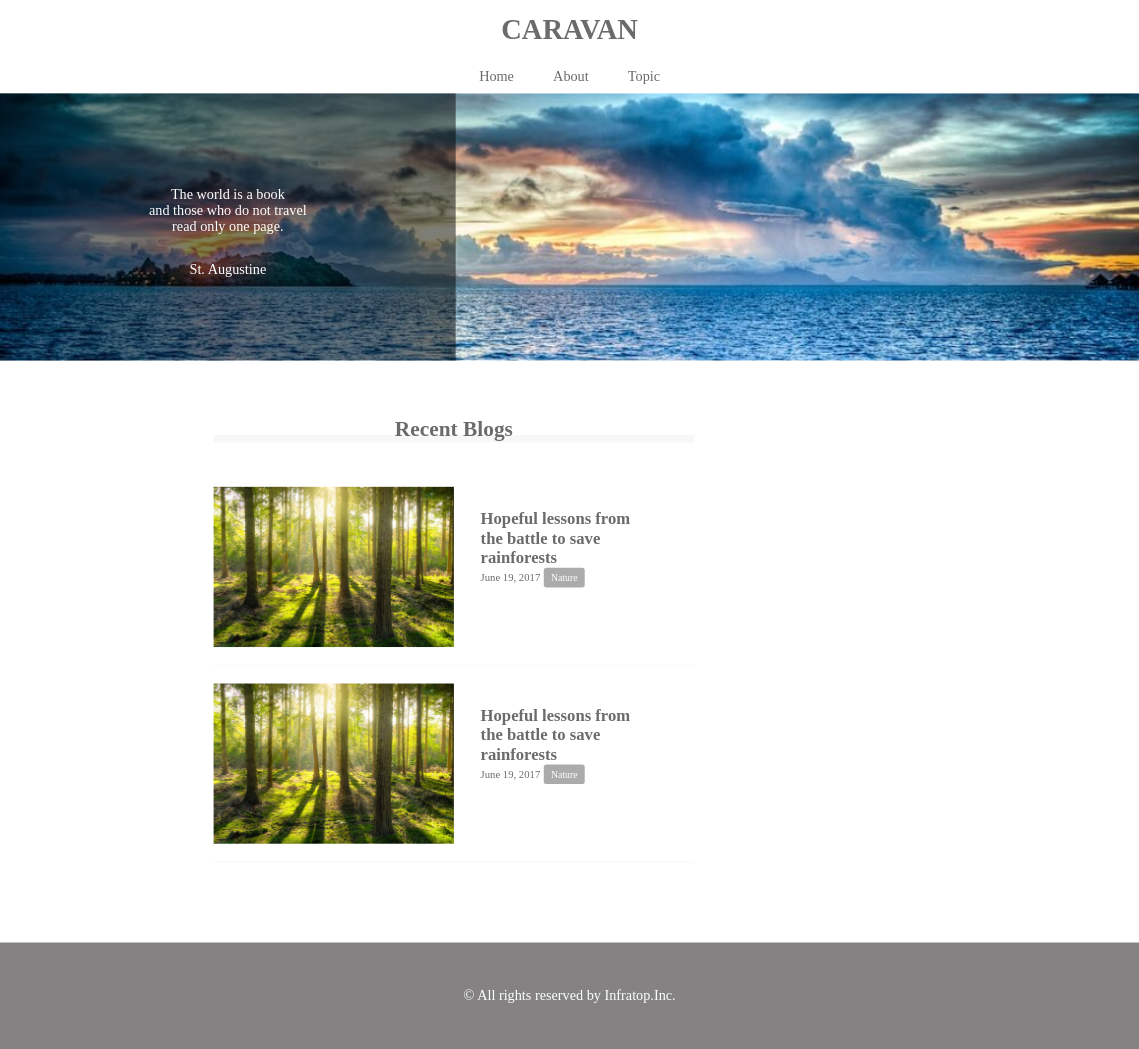
Repository: RAM-OK/git-practice
Page: caravan/index.html
The author's editor kept a record of every edit. The page is drawn from the files as they stood at one moment, then again after the next edit.
The browser window is 1280 px wide. The pictures show the whole page, at 89% of full size.

Above is the page before.

### caravan/index.html
<!DOCTYPE html>
<html lang="ja">
  <head>
    <meta charset="UTF-8" />
    <!-- CSSファイルの読み込み -->
    <link rel="stylesheet" href="style.css" />
    <title>CARAVAN</title>
  </head>

  <body>
    <!-- header -->
    <header>
      <h1 class="heading">
        <a href="index.html">
          CARAVAN
        </a>
      </h1>
    </header>

    <!-- navigation -->
    <nav>
      <ul class="nav-list">
        <li class="nav-list-item">
          <a href="index.html">Home</a>
        </li>
        <li class="nav-list-item">About</li>
        <li class="nav-list-item">Topic</li>
        </ul>
    </nav>

    <!-- main-visual用のdiv -->
    <div class="main-visual">
      <div class="main-visual-content">
    <p class="main-visual-text">
      The world is a book<br />
      and those who do not travel<br />
      read only one page.
    </p>
    <p class="main-visual-name">
      St. Augustine
    </p>
    　</div>
    </div>

    <!-- main用のdiv -->
    <main>
      <section class="blog">
        <h2 class="blog-heading">Recent Blogs</h2>
        <div class="blog-box">
        <div class="blog-item">
          <img class="blog-image" src="img/forest.jpg">
          <section class="blog-text">
            <h3 class="blog-text-heading">
              <a href="single.html">
                Hopeful lessons from<br />
                the battle to save<br />
                rainforests
              </a>
            </h3>
            <p class="blog-date">June 19, 2017</p>
            <span class="category">Nature</span>
          </section>
        </div>
        <div class="blog-item">
          <img class="blog-image" src="img/forest.jpg">
          <section class="blog-text">
            <h3 class="blog-text-heading">
              <a href="single.html">
                Hopeful lessons from<br />
                the battle to save<br />
                rainforests
              </a>
            </h3>
            <p class="blog-date">June 19, 2017</p>
            <span class="category">Nature</span>
          </section>
        </div>

        </div>
       </div>
      </section>
      <div class="sidebar"></div>
    </main>

    <!-- footer -->
    <footer>
      <p class="footer-text">︎© All rights reserved by Infratop.Inc. </p>
    </footer>
  </body>
</html>

### caravan/style.css
/* ブラウザがそれぞれ持っているCSSをリセットするための記述 */
* {
  margin: 0;
  padding: 0;
  box-sizing: border-box;
  color: #6c6b6b;
}

a {
  text-decoration: none;
}

header {
  width: 90%; /* 横幅90% */
  padding: 15px 0;
  margin: 0 auto;
  text-align: center;
}

header .heading { /* headerタグ内のheadingクラスにのみ反映される */
 font-size: 32px;
}

.nav-list {
  text-align: center;
  padding: 10px 0;
  margin: 0 auto;
}

.nav-list-item {
  list-style: none;
  display: inline-block;
  margin: 0 20px;
}

.main-visual {
  width: 100%; /* 横幅いっぱい */
  height: 300px; /* 高さ300px */
  background-image: url(img/mv.jpg);
  background-size: cover; /* 縦横比を維持したまま背景領域を埋め尽くす */
  background-position: center; /* 背景画像を中央に配置 */
}

.main-visual-content {
  width: 40%; /* 横幅40% */
  height: 300px; /* 親の高さに揃える */
  background-color: rgba(0,0,0,0.5); /* 背景色を半透明の黒にする */
  text-align: center; /* 文字を中央揃えにする */
  padding-top: 105px; /* 上側の内側余白で垂直方向の位置を調整 */
}

.main-visual-text {
  color: #fff; /* 文字色を白に変更 */
}

.main-visual-name {
  margin-top: 30px; /* 上側の外側の余白 */
  color: #fff; /* 文字色を白に変更 */
}

main {
 width: 800px; /* 横幅800px */
 display: flex; /* Flexboxの利用 */
 justify-content: center; /* 要素横並び・中央寄せ */
 margin: 0 auto; /* 要素の中央揃え */
 padding: 70px 0; /* 上下に70px、左右に0pxの余白 */
}

.blog {
  width: 540px;
  margin-right: 30px; /* 領域の右側余白 */
}

.blog-heading {
  border-bottom: 8px solid #f7f7f7;
  text-align: center;
  line-height: 0.6;
}

.blog-box {
  padding-top: 50px;
}

.blog-item {
  padding-bottom: 20px;
  margin-bottom: 20px;
  border-bottom: 1px solid #f7f7f7;
  display: flex;
  justify-content: flex-start;
}

.blog-image {
  height: 180px;
}

.blog-text {
  padding: 25px 0 0 30px;
}



.blog-date {
  font-size: 12px;
  display: inline-block;
}

.category {
  display: inline-block;
  padding: 5px 8px;
  background-color: #acabab;
  border-radius: 3px;
  color: #fff;
  font-size: 11px;
}

.sidebar {
  width: 230px;
}

footer {
  width: 100%;
  height: 120px;
  text-align: center;
  line-height: 120px;
  background-color: #848282;
}

.footer-text {
  color: #fff;
}

After the next edit:
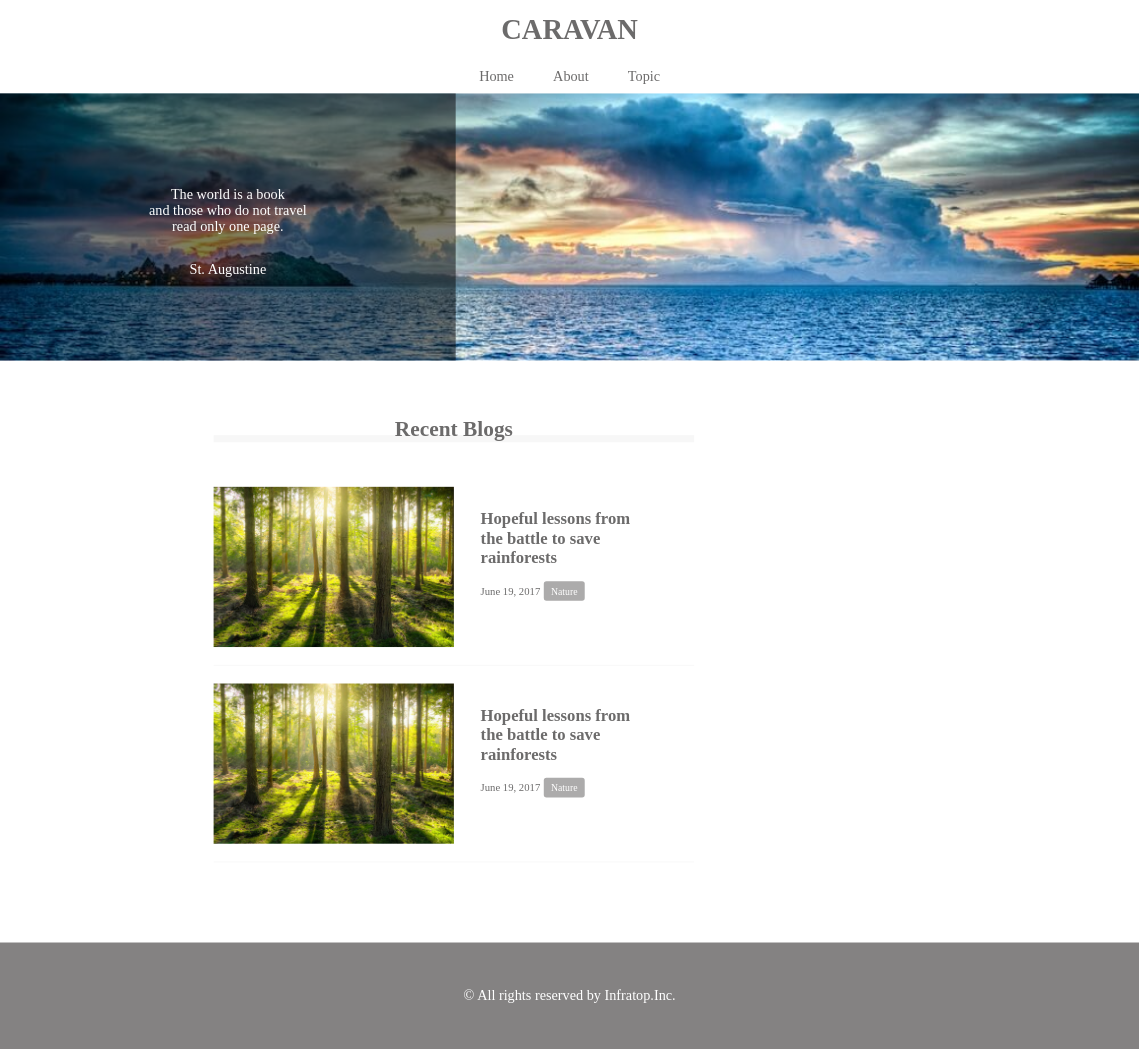
The edit:
--- a/caravan/style.css
+++ b/caravan/style.css
@@ -97,7 +97,9 @@
   padding: 25px 0 0 30px;
 }
 
-
+.blog-text-heading {
+  padding-bottom: 15px;
+}
 
 .blog-date {
   font-size: 12px;
